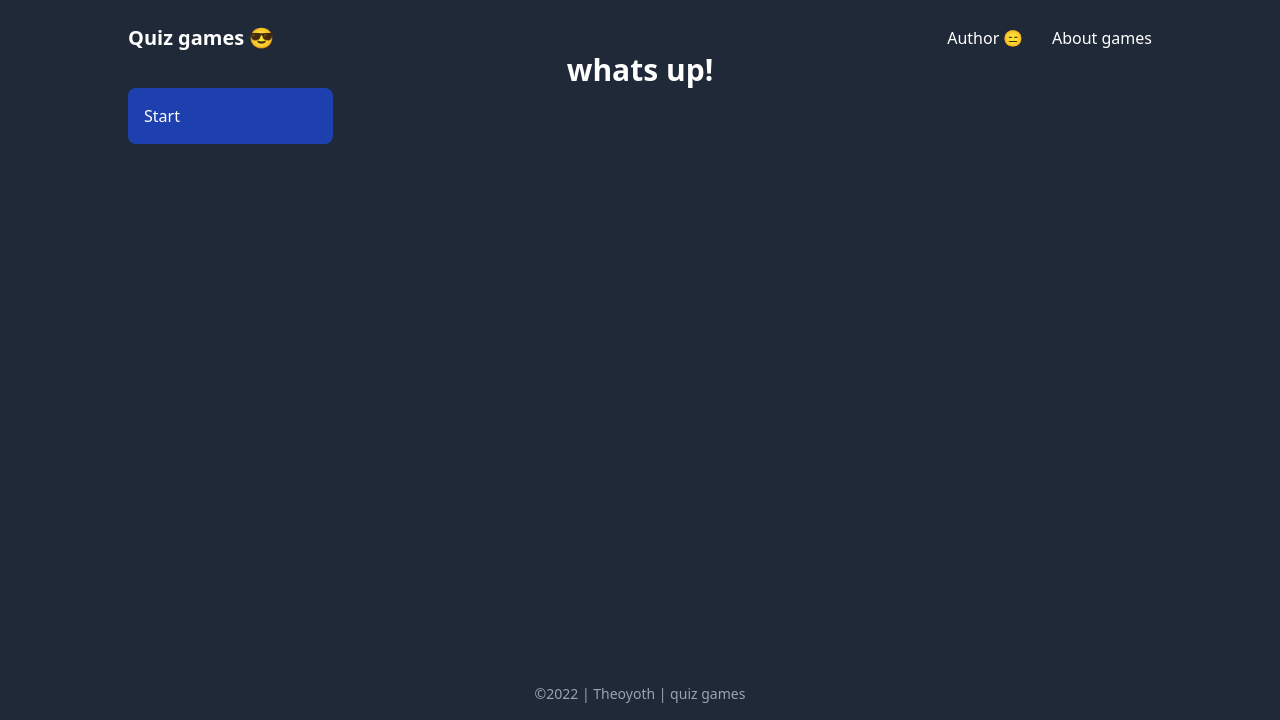
Repository: theoyoth/quiz-game
Page: /
An editor plug-in stored every save of this project. The page is shown before and after the next save, followed by the edit.
The browser window is 1280 px wide. The pictures show the whole page.
The project was rebuilt for these pictures with package versions that can differ from the ones it lists, and the page was loaded fresh each time. The framework's server and built-in components were replaced by stand-ins that run in the browser. Also part of the build but not shown: nuxt.config.js, components/EndPage.vue, layouts/404.vue, layouts/error.vue, layouts/errorLayout.vue.

Above is the page before, as saved 2022-06-14 17:39:48.

After the next save:
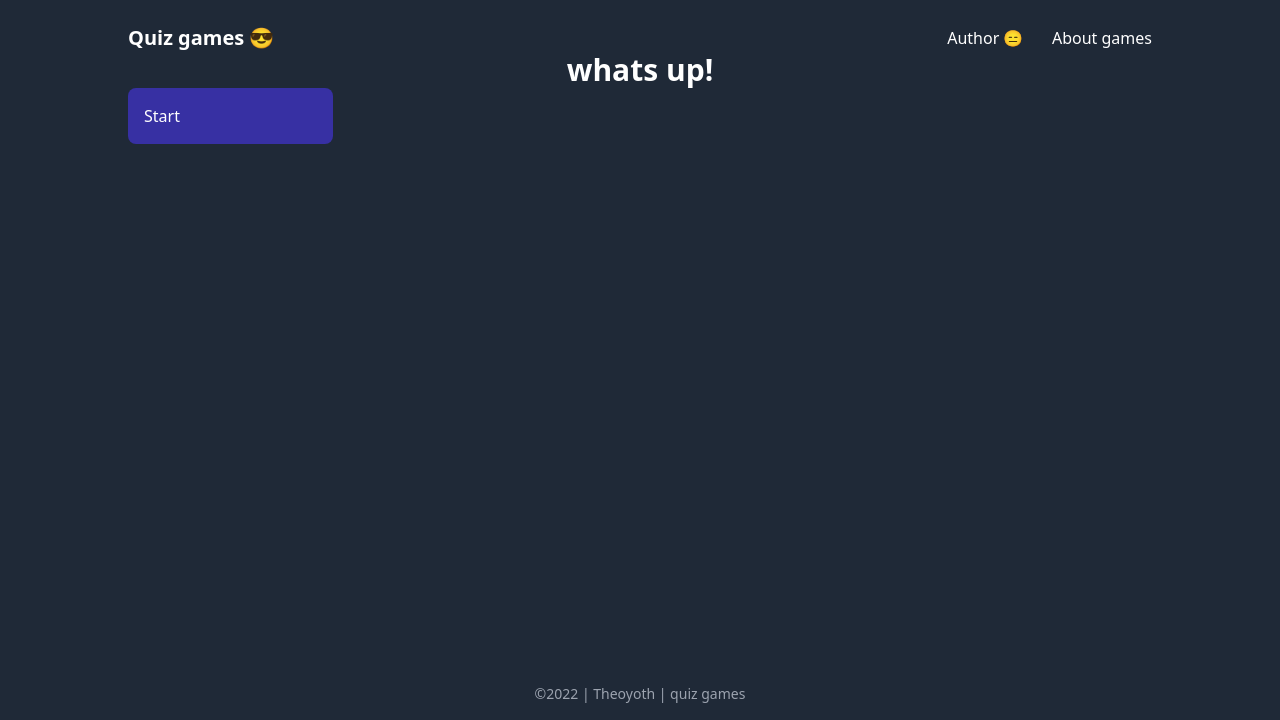
Saved 25 s later.
--- a/pages/index.vue
+++ b/pages/index.vue
@@ -3,7 +3,7 @@
     <h1 class="text-3xl font-bold text-center">whats up!</h1>
     <div>
       <NuxtLink to="/game">
-        <div class="w-1/5 p-4 bg-blue-800 rounded-lg ">Start</div>
+        <div class="w-1/5 p-4 bg-indigo-800 rounded-lg ">Start</div>
       </NuxtLink>
     </div>
   </div>
